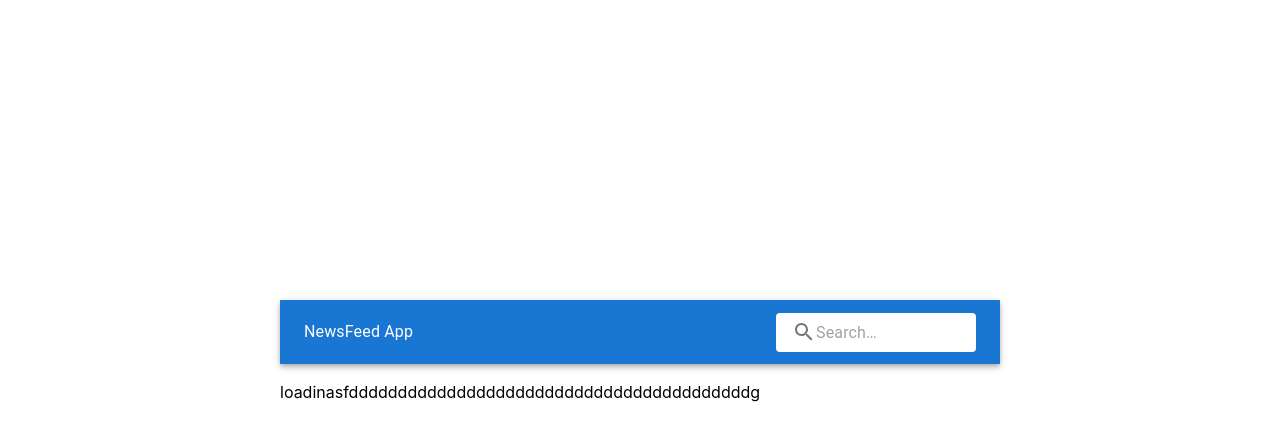
Repository: Baraajad231/News-Feed
Page: /
An editor plug-in stored every save of this project. The page is shown before and after the next save, followed by the edit.
The browser window is 1280 px wide. The pictures show the whole page.
The page's requests for data from a server got no answer. The project was rebuilt for these pictures with package versions that can differ from the ones it lists, and the page was loaded fresh each time. No one was signed in, and anything a server would have sent is missing. Also part of the build but not shown: vite.config.js, src/components/newsArticle.jsx, src/components/NewsFeed.jsx.

Above is the page before, as saved 2026-03-20 18:47:54.

### index.html
<!doctype html>
<html lang="en">
  <head>
    <meta charset="UTF-8" />
    <link rel="icon" type="image/svg+xml" href="/favicon.svg" />
    <meta name="viewport" content="width=device-width, initial-scale=1.0" />
    <title>vite-project</title>
  </head>
  <body>
    <div id="root"></div>
    <script type="module" src="/src/main.jsx"></script>
  </body>
</html>

### src/index.css
:root {
  font-family: Inter, system-ui, Avenir, Helvetica, Arial, sans-serif;
  line-height: 1.5;
  font-weight: 400;
}

body {
  margin: 0 auto;
  display: flex;
  place-items: center;
  min-width: 320px;
  max-width: 768px;
  min-height: 100vh;
}

#root {
  width: 100%;
}

### src/App.jsx
import { Container } from "@mui/material";
import NewsFeed from "./components/NewsFeed";
import NewsHeader from "./components/NewsHeader";
import { useEffect, useState } from "react";

function App() {
  const [articles, setArticles] = useState([]);

  const loadData = async (q) => {
    const response = await fetch(
      `https://newsapi.org/v2/top-headlines?country=us&q=${q}&apiKey=${import.meta.env.VITE_NEWS_API_KEY}`,
    );
    const data = await response.json();
    return data?.articles?.map((article) => {
      const { title, description, urlToImage, author, publishedAt } = article;
      return { title, description, author, publishedAt, image: urlToImage };
    });
  };
  // تختصار ل data => setArticles(data)

  useEffect(() => {
    loadData("").then(setArticles);
  }, []);

  const searchChangeHandler = (newQuery) => {
    loadData(newQuery).then(setArticles);
  };
  return (
    <Container>
      <NewsHeader onSearchChange={searchChangeHandler} />
      {!articles.length ? (
        <p>loadinasfdddddddddddddddddddddddddddddddddddddddddg</p>
      ) : (
        <NewsFeed articles={articles} />
      )}
    </Container>
  );
}

export default App;

### src/components/NewsHeader.jsx
import AppBar from "@mui/material/AppBar";
import Toolbar from "@mui/material/Toolbar";
import Typography from "@mui/material/Typography";
import InputBase from "@mui/material/InputBase";
import SearchIcon from "@mui/icons-material/Search";
import { styled } from "@mui/material/styles";

const Search = styled("div")(({ theme }) => ({
  position: "relative",
  borderRadius: theme.shape.borderRadius,
  backgroundColor: theme.palette.common.white,
  "&:hover": {
    backgroundColor: theme.palette.common.white,
  },
  marginLeft: "auto",
  width: 200,
}));
const SearchIconWrapper = styled("div")(({ theme }) => ({
  padding: theme.spacing(0, 2),
  height: "100%",
  position: "absolute",
  pointerEvents: "none",
  display: "flex",
  alignItems: "center",
  justifyContent: "center",
}));
const StyledInputBase = styled(InputBase)(({ theme }) => ({
  color: theme.palette.text.primary,
  "& .MuiInputBase-input": {
    padding: theme.spacing(1, 1, 1, 5),
    transition: theme.transitions.create("width"),
    width: "100%",
  },
}));

const NewsHeader = ({ onSearchChange }) => {
  const handleShearchChange = (e) => {
    onSearchChange(e.target.value);
  };

  return (
    <AppBar position="static">
      <Toolbar>
        <Typography>NewsFeed App</Typography>
        <Search>
          <SearchIconWrapper>
            <SearchIcon color="action" />
          </SearchIconWrapper>
          <StyledInputBase
            placeholder="Search…"
            inputProps={{ "aria-label": "search" }}
            onChange={handleShearchChange}
          />
        </Search>
      </Toolbar>
    </AppBar>
  );
};

export default NewsHeader;

Loaded but not shown: src/main.jsx (common file)

After the next save:
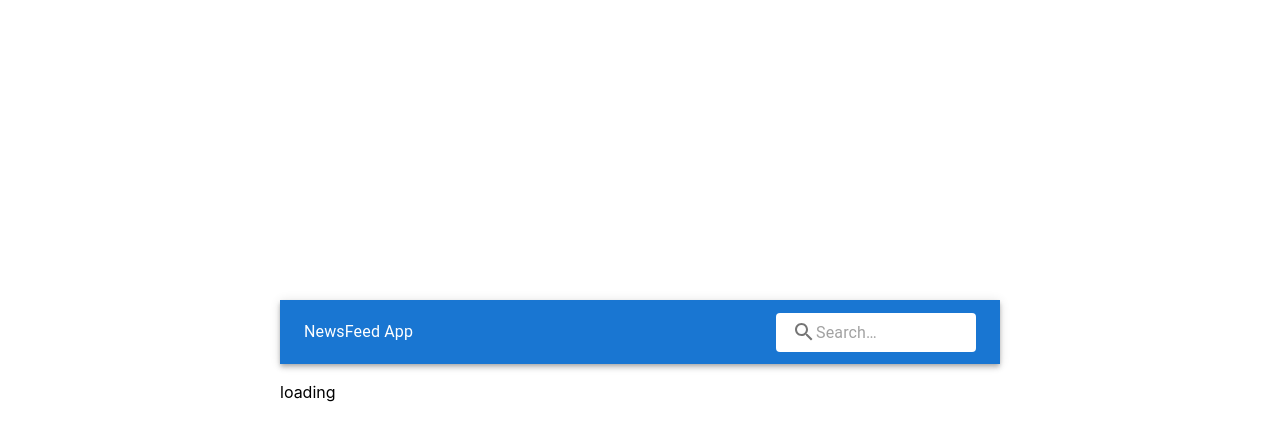
Saved 14 s later.
--- a/src/App.jsx
+++ b/src/App.jsx
@@ -28,11 +28,7 @@
   return (
     <Container>
       <NewsHeader onSearchChange={searchChangeHandler} />
-      {!articles.length ? (
-        <p>loadinasfdddddddddddddddddddddddddddddddddddddddddg</p>
-      ) : (
-        <NewsFeed articles={articles} />
-      )}
+      {articles.length ? <NewsFeed articles={articles} /> : <p>loading</p>}
     </Container>
   );
 }
